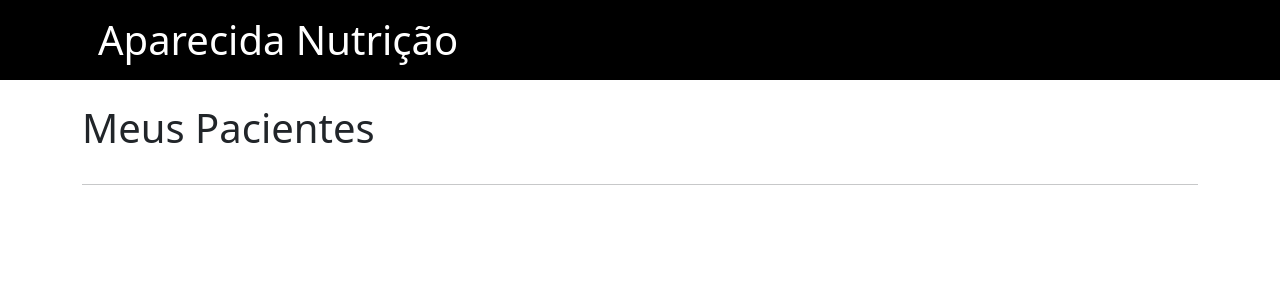
Repository: eversonps/app-paciente
Page: / (app in frontend/)
An editor plug-in stored every save of this project. The page is shown before and after the next save, followed by the edit.
The browser window is 1280 px wide. The pictures show the whole page.
The project was rebuilt for these pictures with package versions that can differ from the ones it lists, and the page was loaded fresh each time.

Above is the page before, as saved 2022-03-28 13:47:33.

After the next save:
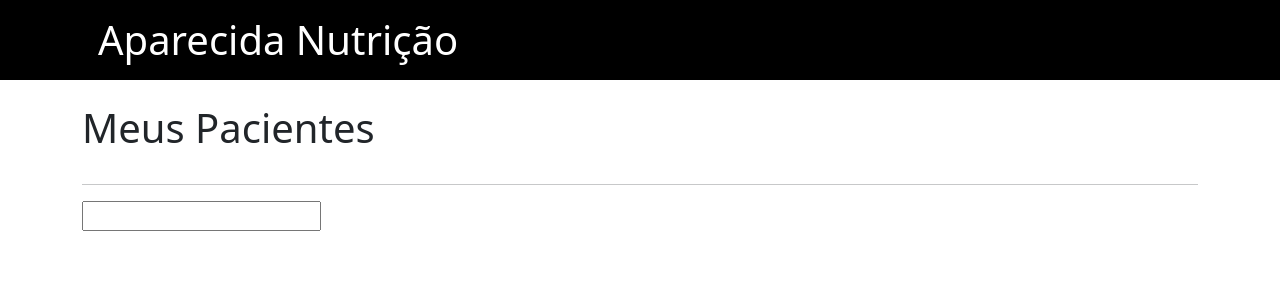
Saved 79 s later.
--- a/frontend/src/components/MyPacients.jsx
+++ b/frontend/src/components/MyPacients.jsx
@@ -4,6 +4,9 @@ export default props => (
     <div>
         <h1 className="pt-3 pb-3">Meus Pacientes</h1>
         <hr />
-
+        <div>
+            <label></label>
+            <input type="text" />
+        </div>
     </div>
 )
